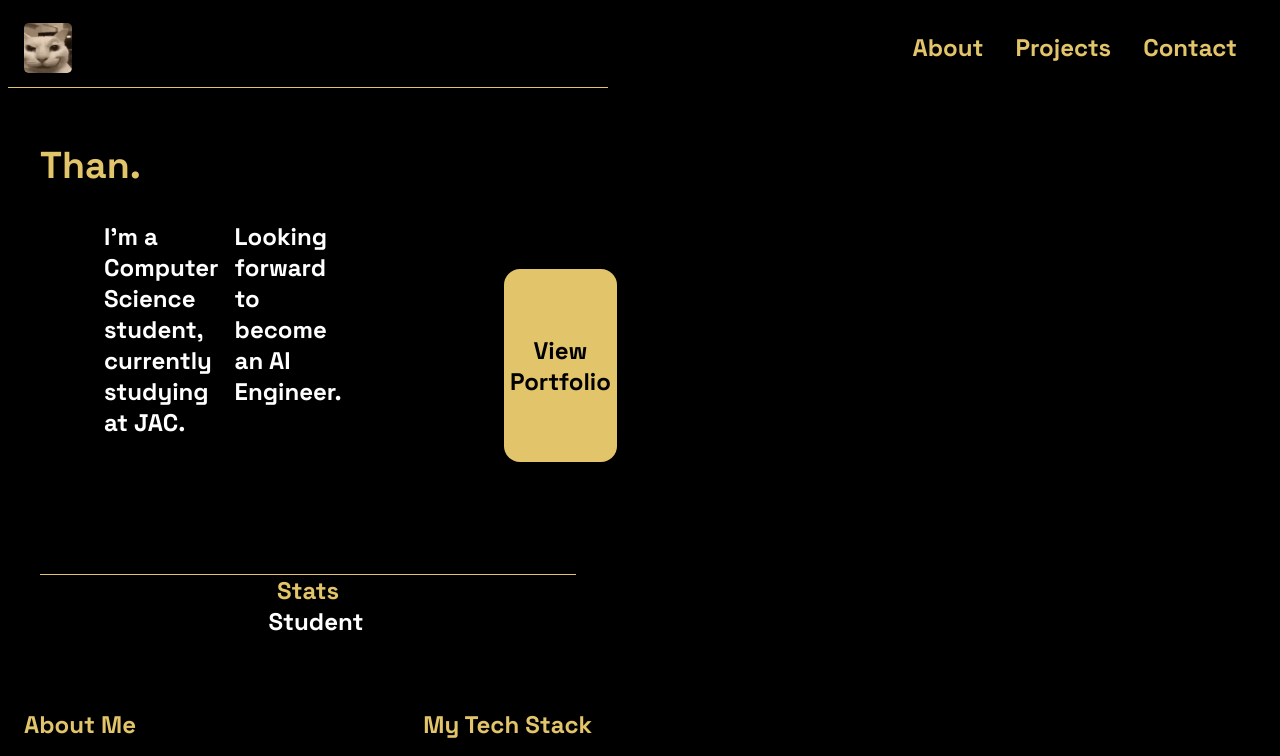
Repository: Than-dot/Than-dot
Page: index.html
The author's editor kept a copy of each file at every save. The page is drawn from the files as they stood at one save, then again after the next save.
The browser window is 1280 px wide. The pictures show the whole page.

Above is the page before, as saved 2026-05-06 12:55:27.

### index.html
<!doctype html>
<html lang="en">
  <head>
    <meta charset="UTF-8" />
    <meta name="viewport" content="width=device-width, initial-scale=1.0" />
    <title>Than</title>
    <link rel="stylesheet" href="styles/global.css" />
    <link rel="stylesheet" href="styles/index.css" />
  </head>

  <body>
    <header>
      <nav>
        <img src="./assets/images/uncanny-cat-freaky.png" alt="cat" />
        <ul class="nav-center">
          <li>About</li>
          <li>Projects</li>
          <li>Contact</li>
        </ul>
      </nav>
    </header>
    <main>
      <section class="container1">
        <article class="f-art"><h1>Than.</h1></article>
        <aside class="f-asi">
          <p>I'm a Computer Science student, currently studying at JAC.</p>
          <p>Looking forward to become an AI Engineer.</p>
          <button>View Portfolio</button>
        </aside>
        <article class="stats">
          Stats
          <p>Student</p>
        </article>
      </section>
    </main>
    <section class="container2">
      <aside class="s-asi">About Me</aside>
      <article class="s-art">My Tech Stack</article>
    </section>
  </body>
</html>

### styles/global.css
@font-face {
  font-family: Space-Grotesk;
  src: url(/assets/font/Space_Grotesk/SpaceGrotesk-VariableFont_wght.ttf);
}

body {
  font-family: Space-Grotesk, sans-serif;
  font-weight: bold;
  font-size: 1.5rem;
}

button {
  font-family: Space-Grotesk, sans-serif;
  font-weight: bold;
  font-size: 1.5rem;
}

.f-art {
  font-size: 2rem;
}

### styles/index.css
body {
  width: 100%;
  max-width: 600px;
  background-color: black;
  color: #e2c46a;
}
.container1 {
  display: flex;
  flex-direction: column;
}

.f-art {
  margin: 2rem;
  margin-top: 1rem;
}

.f-asi {
  display: grid;
  margin-top: 0;
  justify-content: space-between;
}

p {
  margin: 0;
  margin-bottom: 1.5rem;
  margin-left: 1rem;
  color: white;
}

.stats {
  text-align: center;
  margin: 2rem;
  border-top: 0.5px solid #e2c46a;
}

.s-art {
  text-align: center;
}

.s-asi {
  text-align: center;
}

button {
  border-radius: 16px;
  border: none;
  max-width: 10rem;
  margin-left: 36.9%;
  margin-top: 3rem;
  background-color: #e2c46a;
}

img {
  height: 50px;
  width: auto;
  margin-left: 1rem;
  border-radius: 10%;
}

.nav-center {
  display: flex;
  gap: 32px;
  list-style: none;
  margin-left: 10rem;
}

nav {
  align-items: center;
  display: flex;
  border-bottom: 1px solid #e2c46a;
}

h1 {
  margin-bottom: 0;
}

@media screen and (min-width: 700px) {
  body {
    width: 100%;
  }
  .nav-center {
    display: flex;
    gap: 32px;
    list-style: none;
    margin-left: 50rem;
  }
  .f-asi {
    display: grid;
    margin-top: 0;
    justify-content: space-between;
  }
  .f-asi {
    display: flex;
    margin: 5rem;
    margin-top: 0;
    justify-content: space-between;
  }
  .container2 {
    display: flex;
    flex-direction: row;
    justify-content: space-between;
    margin: 1rem;
  }
}

After the next save:
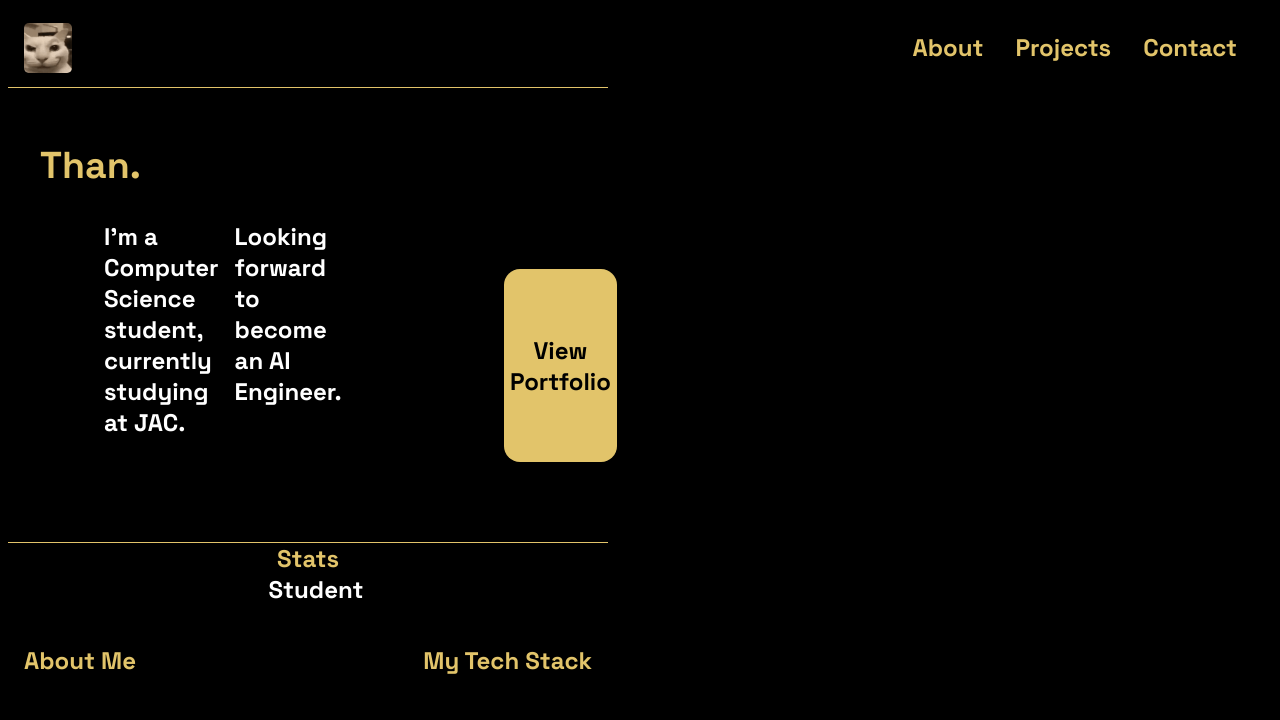
Saved 16 s later.
--- a/styles/index.css
+++ b/styles/index.css
@@ -29,7 +29,6 @@
 
 .stats {
   text-align: center;
-  margin: 2rem;
   border-top: 0.5px solid #e2c46a;
 }
 

After the 2 saves that followed:
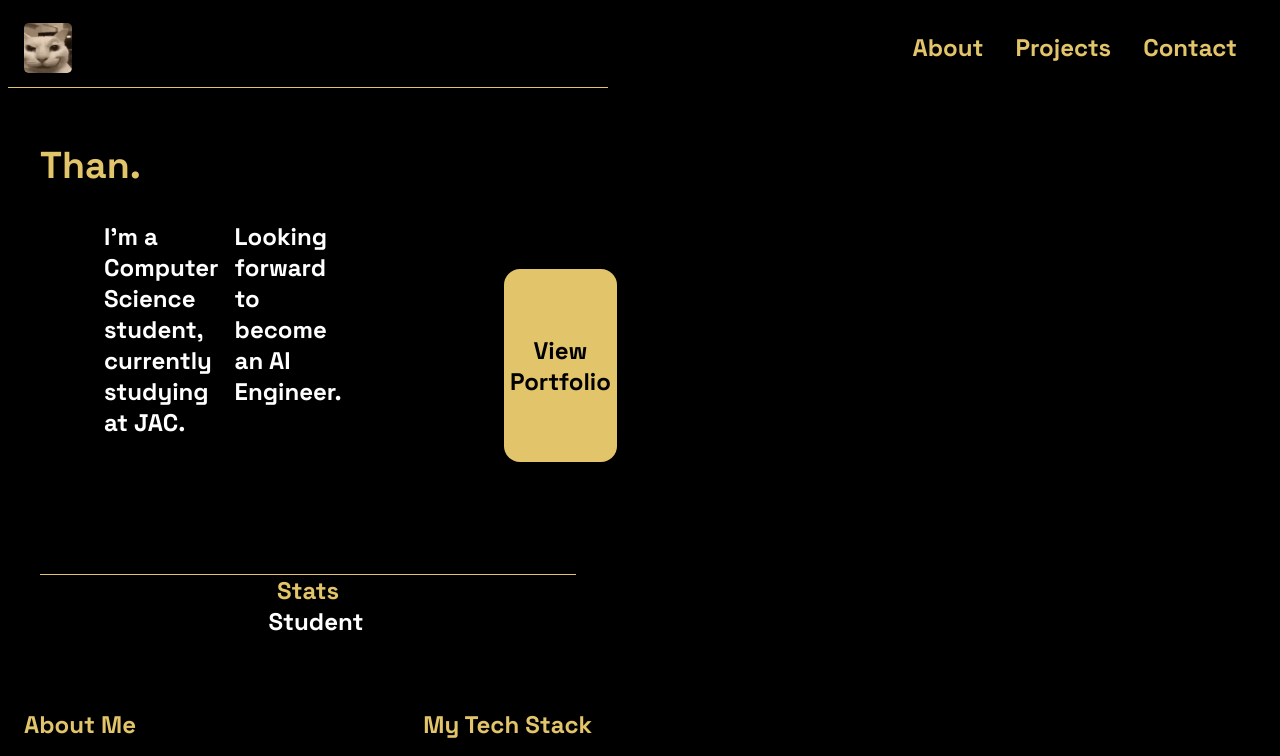
The 2 saves are shown as one change because they came seconds apart.
The last was saved 13 s later.
--- a/styles/index.css
+++ b/styles/index.css
@@ -29,6 +29,7 @@
 
 .stats {
   text-align: center;
+  margin: 2rem;
   border-top: 0.5px solid #e2c46a;
 }
 
